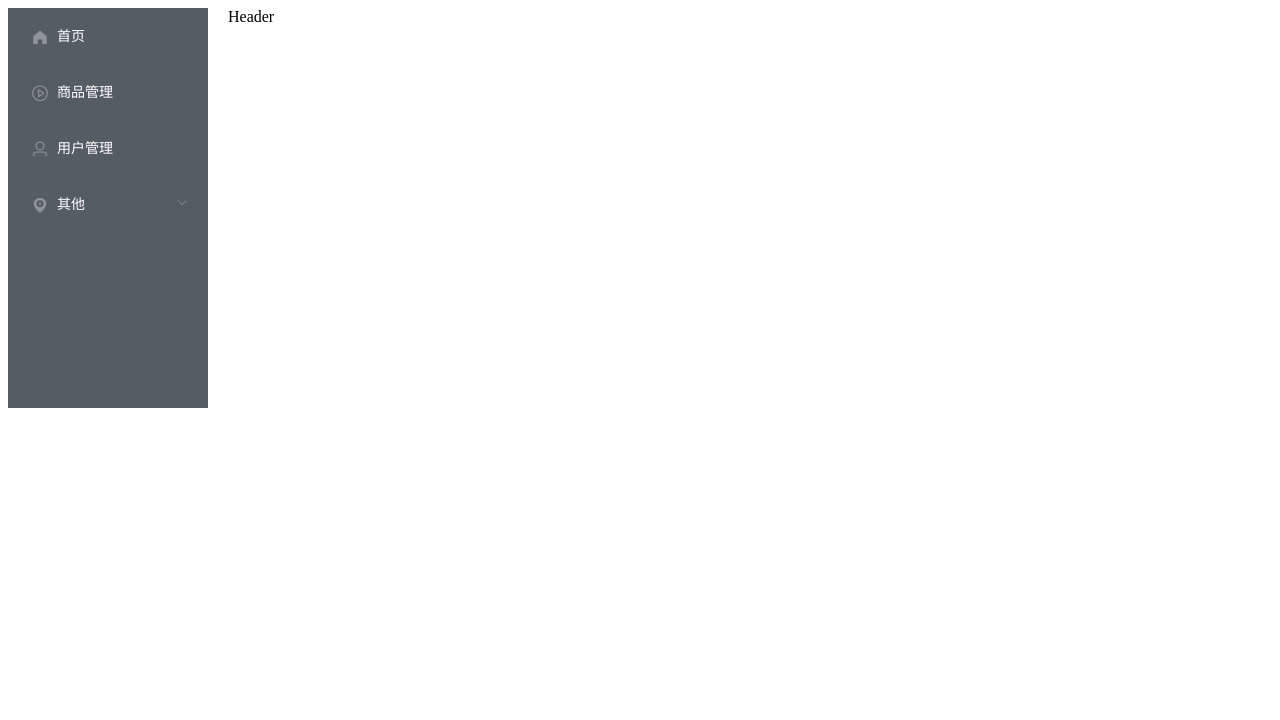
Repository: Francis200214/my-app
Page: /
The author's editor kept a copy of each file at every save. The page is drawn from the files as they stood at one save, then again after a run of saves.
The browser window is 1280 px wide. The pictures show the whole page.
The project was rebuilt for these pictures with package versions that can differ from the ones it lists, and the page was loaded fresh each time. Also part of the build but not shown: vue.config.js, src/views/Home.vue, src/views/User.vue.

Above is the page before, as saved 2023-05-20 16:23:15.

After the next 3 saves:
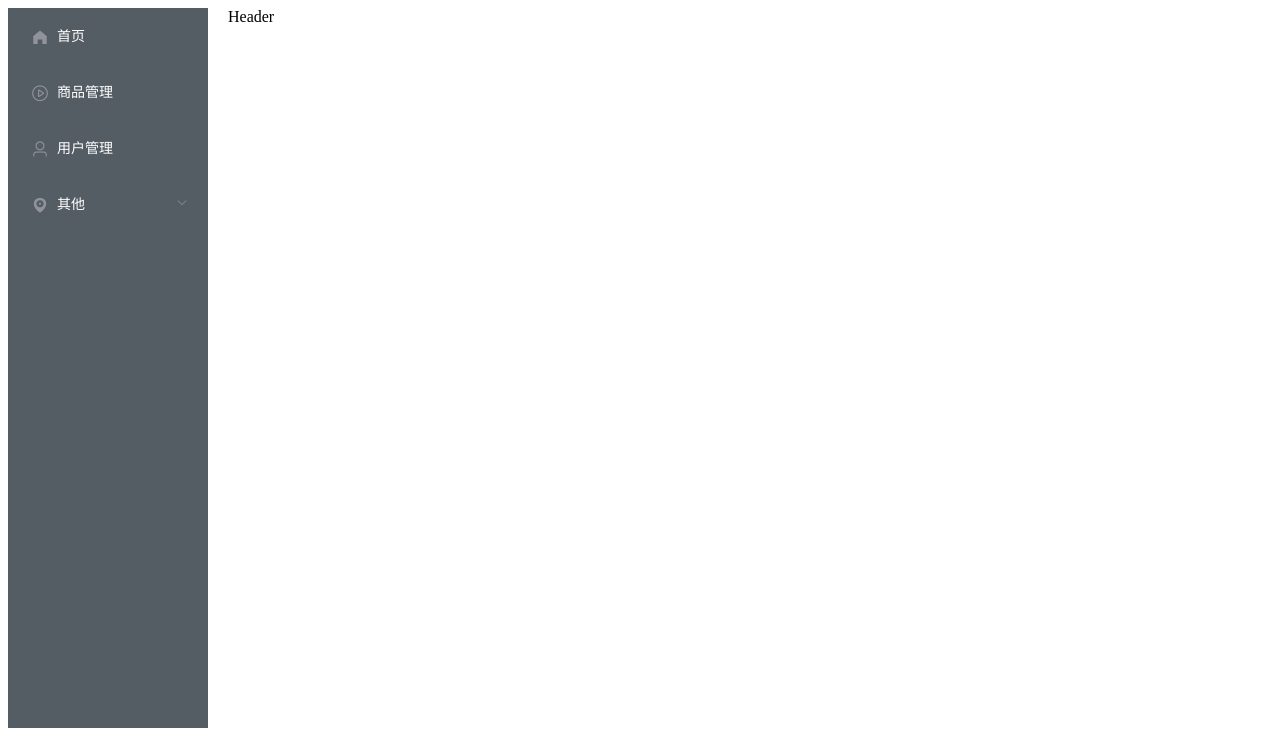
The 3 saves are shown as one change because they came seconds apart.
The last was saved 50 s later.
--- a/src/components/CommonAside.vue
+++ b/src/components/CommonAside.vue
@@ -1,10 +1,7 @@
 <template>
     <div>
         <el-menu default-active="1-4-1" class="el-menu-vertical-demo" @open="handleOpen" @close="handleClose"
-            :collapse="isCollapse"
-            background-color="#545c64"
-            text-color="#fff"
-            active-text-color="#ffd04b">
+            :collapse="isCollapse" background-color="#545c64" text-color="#fff" active-text-color="#ffd04b">
             <el-menu-item v-for="item in noChildren" :key="item.name" :index="item.name">
                 <i :class="`el-icon-${item.icon}`"></i>
                 <span slot="title">{{ item.label }}</span>
@@ -29,8 +26,9 @@
     width: 200px;
     min-height: 400px;
 }
+
 .el-menu {
-    width: 100vh
+    height: 100vh
 }
 </style>
 
